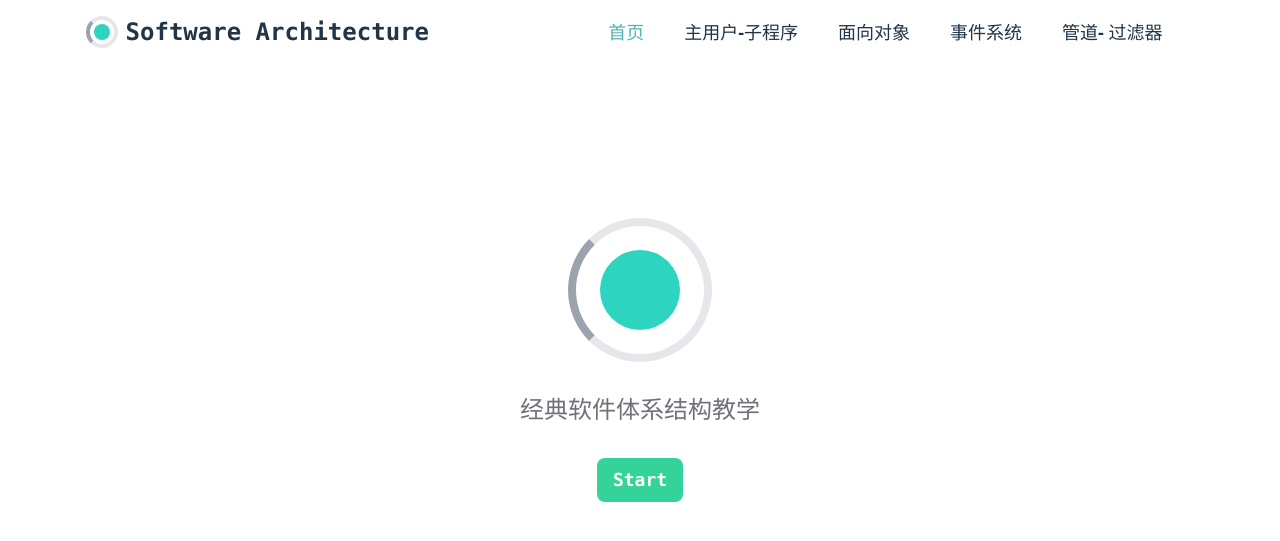
Repository: MarchRory/software_architecture_lab2
Page: / (app in lab2/)
An editor plug-in stored every save of this project. The page is shown before and after the next save, followed by the edit.
The browser window is 1280 px wide. The pictures show the whole page.
The project was rebuilt for these pictures with package versions that can differ from the ones it lists, and the page was loaded fresh each time. Also part of the build but not shown: lab2/vite.config.ts. Imported but missing from the stored project, and not drawn on this page: lab2/src/views/OOP/index.vue, lab2/src/views/PipFilter/index.vue, lab2/src/views/eventsSys/index.vue, lab2/src/views/mainChild/index.vue.

Above is the page before, as saved 2023-11-16 15:00:04.

After the next save:
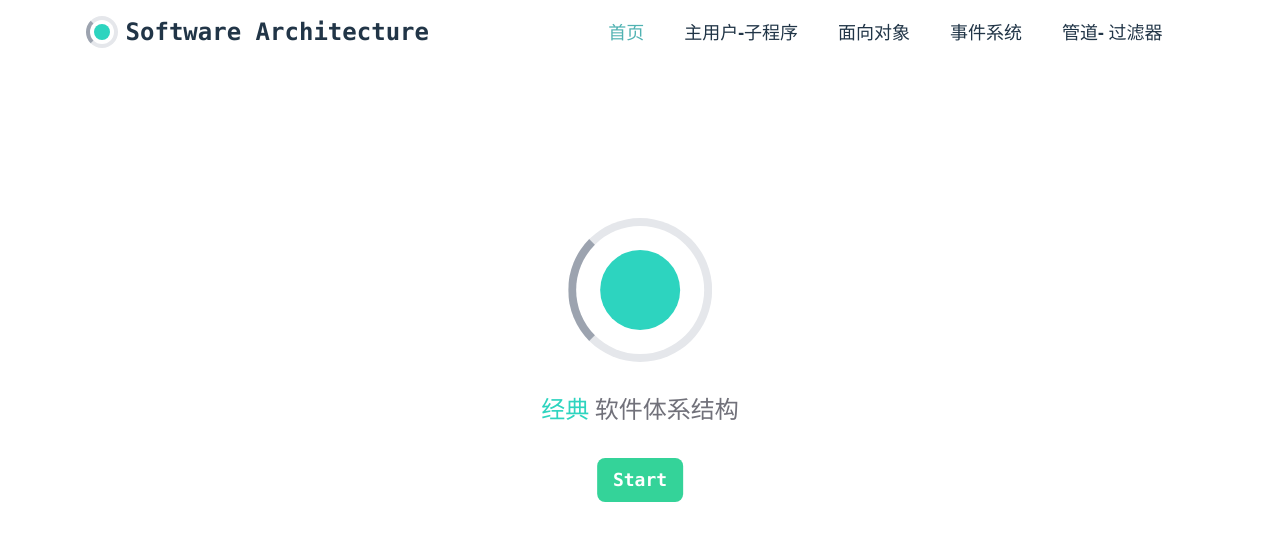
Saved 58 s later.
--- a/lab2/src/views/hello/index.vue
+++ b/lab2/src/views/hello/index.vue
@@ -18,7 +18,10 @@
 		>
 			<div class="w-20 h-20 bg-teal-400 rounded-full"></div>
 		</div>
-		<div class="mb-8 space-x-2 text-2xl font-bold text-zinc-500">经典软件体系结构教学</div>
+		<div class="mb-8 space-x-2 text-2xl font-bold text-zinc-500">
+			<span class="text-teal-400">经典</span>
+			软件体系结构
+		</div>
 		<div
 			@click="enter"
 			class="flex items-center justify-center px-4 py-2 font-mono text-lg font-bold text-white rounded-lg hover:cursor-pointer bg-emerald-400"
